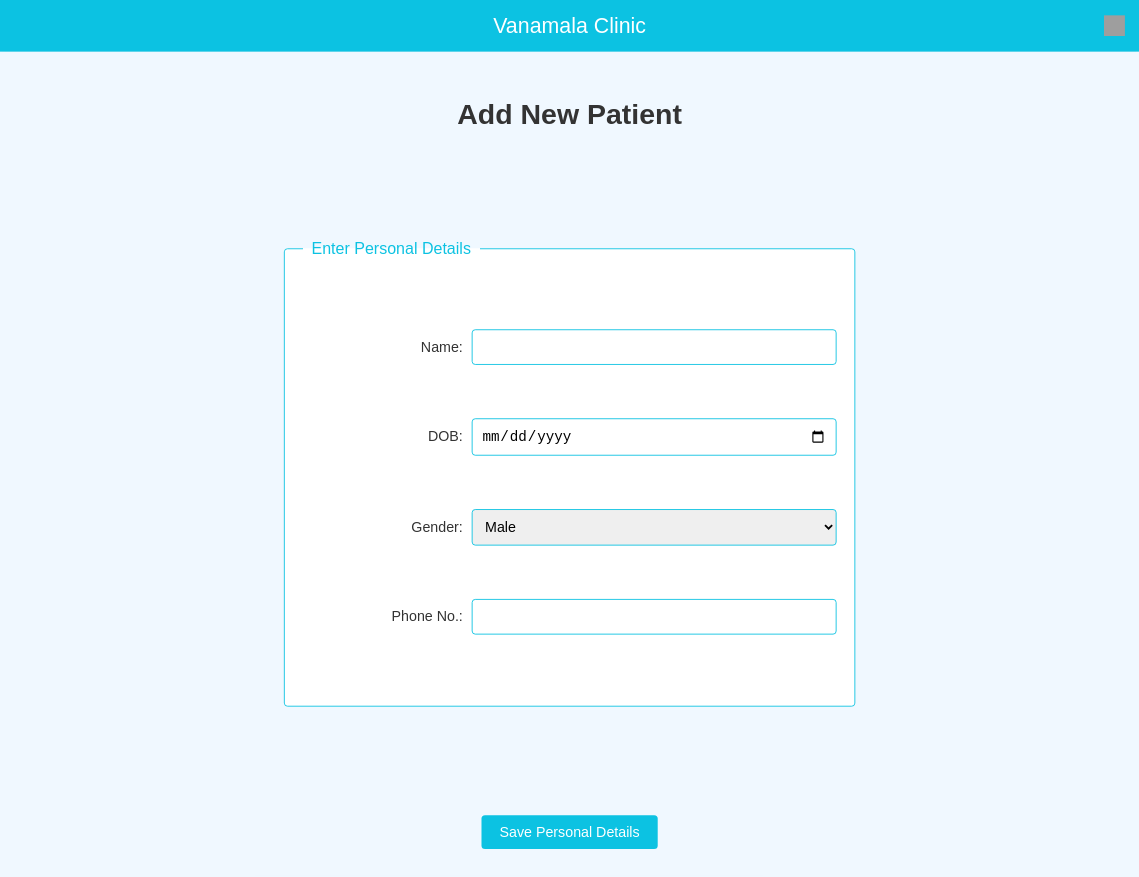
Repository: PrannayH/Hospital-Website-in-Java
Page: http://localhost/personal-details
The author's editor kept a copy of each file at every save. The page is drawn from the files as they stood at one save, then again after the next save.
The browser window is 1280 px wide. The pictures show the whole page, at 89% of full size.
Pictures or frames that could not be fetched are drawn as grey boxes. Some web fonts or font styles are not loaded; a fallback is used. The page is this project's Thymeleaf template; nobody is signed in. The template is opened directly, without the code that normally fills it, so the values that code supplies are empty.

Above is the page before, as saved 2024-06-12 14:37:21.

### demo/src/main/resources/templates/personal-details.html
<!DOCTYPE html>
<html xmlns:th="http://www.thymeleaf.org">
<head>
    <title>Add Patient - Personal Details</title>
    <meta name="viewport" content="width=device-width, initial-scale=1.0">
    <style>
        /* General styles */
        @import url('https://fonts.googleapis.com/css2?family=Merriweather:ital,wght@0,300;0,400;0,700;0,900;1,300;1,400;1,700;1,900&display=swap');

        body {
            font-family: Arial, sans-serif;
            margin: 0;
            padding: 0;
            box-sizing: border-box;
            background-color: #f0f8ff; /* Light sky blue background */
            padding: 10px;
        }

        .navbar {
            background-color: rgb(12, 194, 226); /* Darker shade of blue */
            color: white;
            padding: 15px 0;
            text-align: center;
            font-size: 24px;
            position: fixed;
            width: 100%;
            top: 0;
            left: 0;
            box-shadow: 0 0px 2px -2px gray;
            font-family: 'Merriweather', sans-serif;
            display: flex;
            flex-direction: row;
        }

        .navbar span {
            display: inline-block;
            vertical-align: middle;
            line-height: normal;
            margin: auto;
        }

        .navbar .home-button {
            position: absolute;
            right: 20px;
            top: 7px;
            width: 24px;
            height: 24px;
            background-color: transparent;
            border: none;
            cursor: pointer;
        }

        .navbar .home-button img {
            width: 24px;
            height: 24px;
            vertical-align: middle;
            line-height: normal;
        }

        .content {
            margin-top: 80px; /* Adjust to avoid overlap with navbar */
            padding: 20px;
        }

        h1 {
            text-align: center;
            margin-top: 0;
            color: #333;
        }

        form {
            display: flex;
			margin: 10% 0 0 0;
            flex-direction: column;
            align-items: center;
            width: 100%;
        }

        fieldset {
            border: 1px solid rgb(12, 194, 226);
            border-radius: 4px;
            padding: 20px;
            width: 100%;
            max-width: 600px; /* Adjusted width for better layout */
            background-color: white;
            box-shadow: 0 0px 2px -2px gray;
        }

        legend {
            font-size: 18px;
            color: rgb(12, 194, 226);
            padding: 0 10px;
        }

        .form-group {
            display: flex;
            flex-direction: row;
            align-items: center;
            margin: 10% 0 10% 0;
        }

        .form-group label {
            width: 30%; /* Adjust label width to align with input fields */
            font-size: 16px;
            color: #333;
            margin-right: 10px;
            text-align: right;
        }

        .form-group input, .form-group select {
            flex: 1;
            padding: 10px;
            font-size: 16px;
            border: 1px solid rgb(12, 194, 226);
            border-radius: 4px;
        }

        button {
            padding: 10px 20px;
            font-size: 16px;
            background-color: rgb(12, 194, 226); /* Darker shade of blue */
            color: white;
            border: none;
            border-radius: 4px;
            cursor: pointer;
        }

        button:hover {
            background-color: rgb(10, 160, 200);
        }

        .home-button:hover img {
            opacity: 0.8;
        }

        .submit {
            margin: 10% 0 0 0;
        }
    </style>
    <script>
        function capitalizeWords(name) {
            return name.replace(/\b\w/g, function (char) {
                return char.toUpperCase();
            });
        }

        function formatName() {
            const nameInput = document.getElementById('name');
            let name = nameInput.value.trim(); // Trim whitespace from the input

            // Check if the name is all caps
            if (name === name.toUpperCase()) {
                // Convert to camel case
                name = name.toLowerCase().replace(/\b\w/g, function(char) {
                    return char.toUpperCase();
                });
            } else {
                // Capitalize the first letter of each word
                name = capitalizeWords(name);
            }

            nameInput.value = name;
        }

        function validatePhoneNumber(phoneNumber) {
            const phonePattern = /^\d{10}$/;
            return phonePattern.test(phoneNumber);
        }

        function onSubmitHandler(event) {
            formatName();
            const phoneInput = document.getElementById('phone');
            if (!validatePhoneNumber(phoneInput.value)) {
                alert('Phone number must be exactly 10 digits.');
                event.preventDefault();
            }
        }

        function allowOnlyNumbers(event) {
            const charCode = (event.which) ? event.which : event.keyCode;
            if (charCode > 31 && (charCode < 48 || charCode > 57)) {
                event.preventDefault();
            }
        }

        window.onload = function() {
            const today = new Date().toISOString().split('T')[0];
            const dateInput = document.getElementById('dob');
            dateInput.setAttribute('max', today);

            const phoneInput = document.getElementById('phone');
            phoneInput.addEventListener('keypress', allowOnlyNumbers);
        }
    </script>
</head>
<body>
    <div class="navbar">
        <span>Vanamala Clinic</span>
        <button class="home-button" onclick="window.location.href='/patients'">
            <img src="https://img.icons8.com/ios-filled/50/ffffff/home.png" alt="Home">
        </button>
    </div>
    <div class="content">
        <h1>Add New Patient</h1>
        <form th:action="@{/save-patient}" th:object="${patient}" method="post" onsubmit="onSubmitHandler(event)">
            <fieldset>
                <legend>Enter Personal Details</legend>
                <div class="form-group">
                    <label for="name">Name:</label>
                    <input type="text" id="name" th:field="*{name}" required>
                </div>
                <div class="form-group">
                    <label for="dob">DOB:</label>
                    <input type="date" id="dob" th:field="*{dob}" required>
                </div>
                <div class="form-group">
                    <label for="gender">Gender:</label>
                    <select id="gender" th:field="*{gender}" required>
                        <option value="Male">Male</option>
                        <option value="Female">Female</option>
                        <option value="Other">Other</option>
                    </select>
                </div>
                <div class="form-group">
                    <label for="phone">Phone No.:</label>
                    <input type="text" id="phone" th:field="*{phone}" maxlength="10" pattern="\d{10}" required inputmode="numeric">
                </div>
            </fieldset>
            <button type="submit" class="submit">Save Personal Details</button>
        </form>
    </div>
</body>
</html>

After the next save:
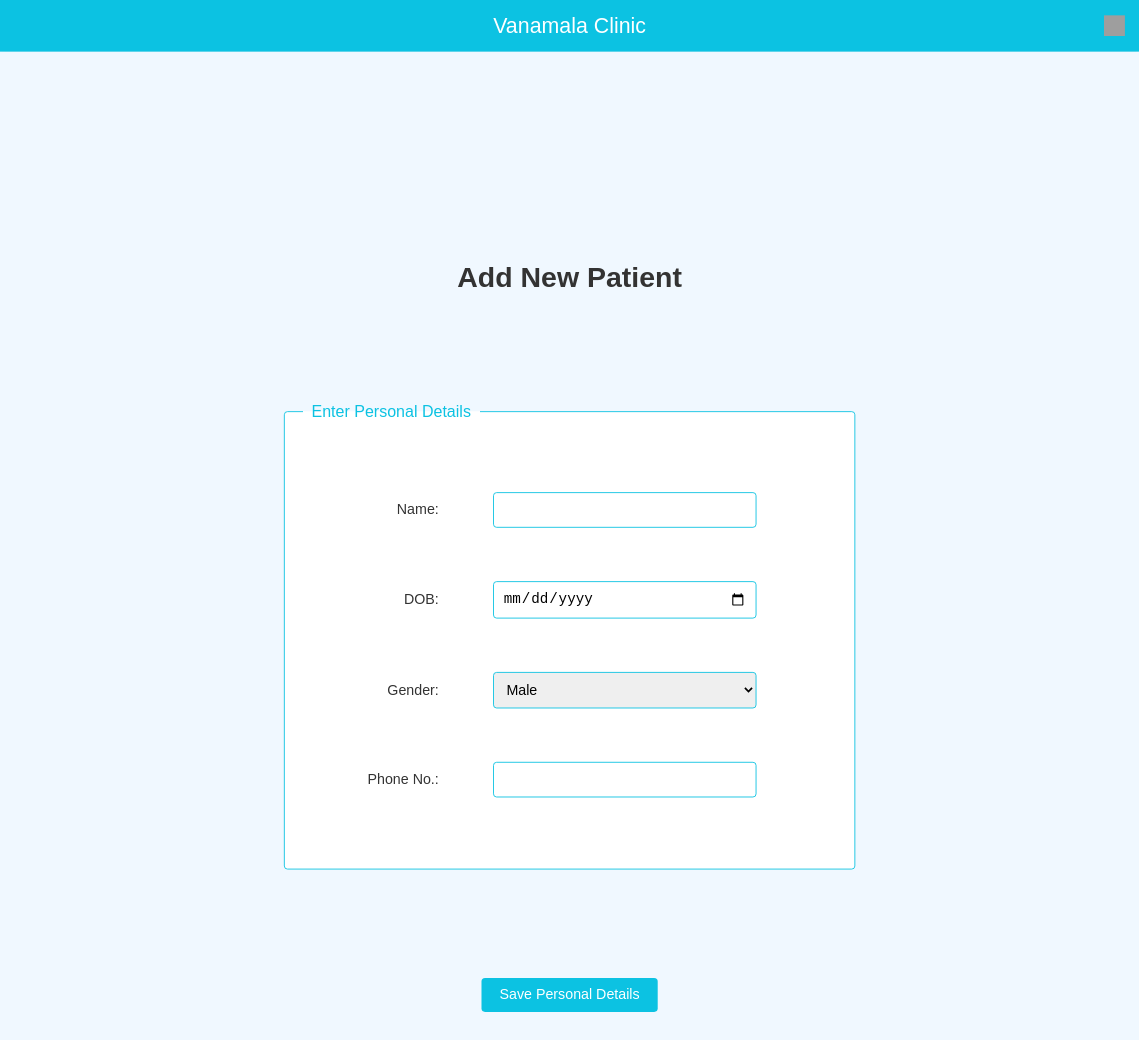
Saved 49 s later.
--- a/demo/src/main/resources/templates/personal-details.html
+++ b/demo/src/main/resources/templates/personal-details.html
@@ -64,7 +64,7 @@
 
         h1 {
             text-align: center;
-            margin-top: 0;
+            margin-top: 15%;
             color: #333;
         }
 
@@ -96,7 +96,7 @@
             display: flex;
             flex-direction: row;
             align-items: center;
-            margin: 10% 0 10% 0;
+            margin: 10% 15% 10% 0;
         }
 
         .form-group label {
@@ -113,6 +113,7 @@
             font-size: 16px;
             border: 1px solid rgb(12, 194, 226);
             border-radius: 4px;
+			margin-left: 10%;
         }
 
         button {
